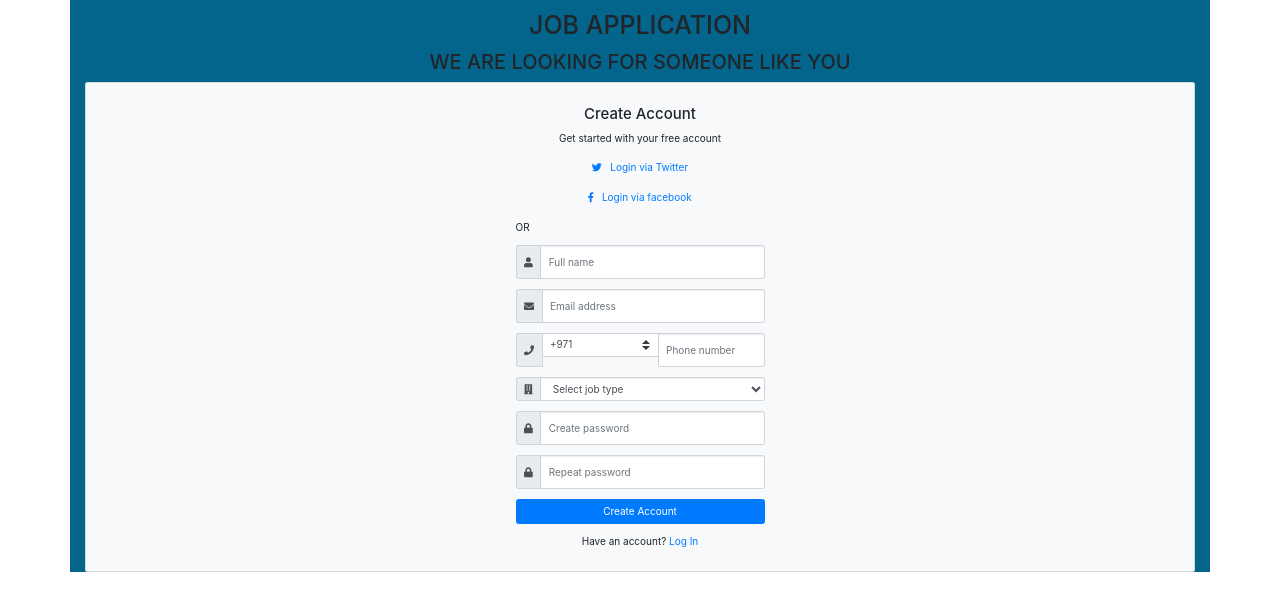
Repository: jenny241093/JS-Core
Page: 03.JSApplications/06.JSForFrontEndEx/skeleton/index.html
An editor plug-in stored every save of this project. The page is shown before and after the next save, followed by the edit.
The browser window is 1280 px wide. The pictures show the whole page.
Some web libraries are served in a nearby version.

Above is the page before, as saved 2019-04-01 15:07:55.

### 03.JSApplications/06.JSForFrontEndEx/skeleton/index.html
<!DOCTYPE html>
<html lang="en">

<head>
    <title>Bootstrap Example</title>
    <meta charset="utf-8">
    <meta name="viewport" content="width=device-width, initial-scale=1">
    <link rel="stylesheet" href="https://maxcdn.bootstrapcdn.com/bootstrap/3.4.0/css/bootstrap.min.css">
    <script src="https://ajax.googleapis.com/ajax/libs/jquery/3.3.1/jquery.min.js"></script>
    <script src="https://maxcdn.bootstrapcdn.com/bootstrap/3.4.0/js/bootstrap.min.js"></script>
</head>

<body>
    <link href="//maxcdn.bootstrapcdn.com/bootstrap/4.0.0/css/bootstrap.min.css" rel="stylesheet" id="bootstrap-css">
    <script src="//maxcdn.bootstrapcdn.com/bootstrap/4.0.0/js/bootstrap.min.js"></script>
    <script src="//cdnjs.cloudflare.com/ajax/libs/jquery/3.2.1/jquery.min.js"></script>
    <!------ Include the above in your HEAD tag ---------->

    <link rel="stylesheet" href="https://use.fontawesome.com/releases/v5.0.8/css/all.css">


    <div class="container" style="background-color:rgb(3, 101, 139)">
        <h1 class="card-title mt-3 text-center">JOB APPLICATION</h1>
        <h2 class="card-title mt-3 text-center">WE ARE LOOKING FOR SOMEONE LIKE YOU</h2>
        <div class="card bg-light">
            <article class="card-body mx-auto" style="max-width: 400px;">
                <h4 class="card-title mt-3 text-center">Create Account</h4>
                <p class="text-center">Get started with your free account</p>
                <p>
                    <a href="" class="btn btn-block btn-twitter"> <i class="fab fa-twitter"></i>   Login via Twitter</a>
                    <a href="" class="btn btn-block btn-facebook"> <i class="fab fa-facebook-f"></i>   Login via facebook</a>
                </p>
                <p class="divider-text">
                    <span class="bg-light">OR</span>
                </p>
                <form>
                    <div class="form-group input-group">
                        <div class="input-group-prepend">
                            <span class="input-group-text"> <i class="fa fa-user"></i> </span>
                        </div>
                        <input name="" class="form-control" placeholder="Full name" type="text">
                    </div>
                    <!-- form-group// -->
                    <div class="form-group input-group">
                        <div class="input-group-prepend">
                            <span class="input-group-text"> <i class="fa fa-envelope"></i> </span>
                        </div>
                        <input name="" class="form-control" placeholder="Email address" type="email">
                    </div>
                    <!-- form-group// -->
                    <div class="form-group input-group">
                        <div class="input-group-prepend">
                            <span class="input-group-text"> <i class="fa fa-phone"></i> </span>
                        </div>
                        <select class="custom-select" style="max-width: 120px;">
                <option selected="">+971</option>
                <option value="1">+972</option>
                <option value="2">+198</option>
                <option value="3">+701</option>
            </select>
                        <input name="" class="form-control" placeholder="Phone number" type="text">
                    </div>
                    <!-- form-group// -->
                    <div class="form-group input-group">
                        <div class="input-group-prepend">
                            <span class="input-group-text"> <i class="fa fa-building"></i> </span>
                        </div>
                        <select class="form-control">
                <option selected=""> Select job type</option>
                <option>Designer</option>
                <option>Manager</option>
                <option>Accaunting</option>
            </select>
                    </div>
                    <!-- form-group end.// -->
                    <div class="form-group input-group">
                        <div class="input-group-prepend">
                            <span class="input-group-text"> <i class="fa fa-lock"></i> </span>
                        </div>
                        <input class="form-control" placeholder="Create password" type="password">
                    </div>
                    <!-- form-group// -->
                    <div class="form-group input-group">
                        <div class="input-group-prepend">
                            <span class="input-group-text"> <i class="fa fa-lock"></i> </span>
                        </div>
                        <input class="form-control" placeholder="Repeat password" type="password">
                    </div>
                    <!-- form-group// -->
                    <div class="form-group">
                        <button type="submit" class="btn btn-primary btn-block"> Create Account  </button>
                    </div>
                    <!-- form-group// -->
                    <p class="text-center">Have an account? <a href="">Log In</a> </p>
                </form>
            </article>
        </div>
        <!-- card.// -->

    </div>
    <!--container end.//-->

</body>

</html>

After the next save:
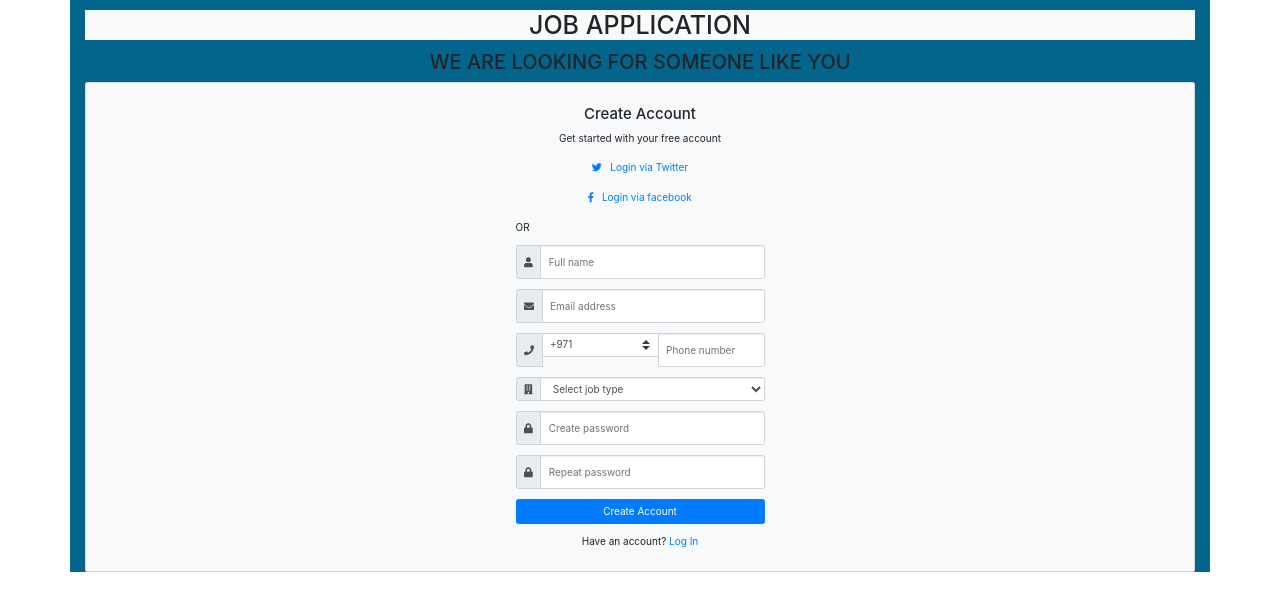
Saved 39 s later.
--- a/03.JSApplications/06.JSForFrontEndEx/skeleton/index.html
+++ b/03.JSApplications/06.JSForFrontEndEx/skeleton/index.html
@@ -20,7 +20,7 @@
 
 
     <div class="container" style="background-color:rgb(3, 101, 139)">
-        <h1 class="card-title mt-3 text-center">JOB APPLICATION</h1>
+        <h1 class="card-title mt-3 text-center" style="background-color:rgb(249, 250, 250)">JOB APPLICATION</h1>
         <h2 class="card-title mt-3 text-center">WE ARE LOOKING FOR SOMEONE LIKE YOU</h2>
         <div class="card bg-light">
             <article class="card-body mx-auto" style="max-width: 400px;">
